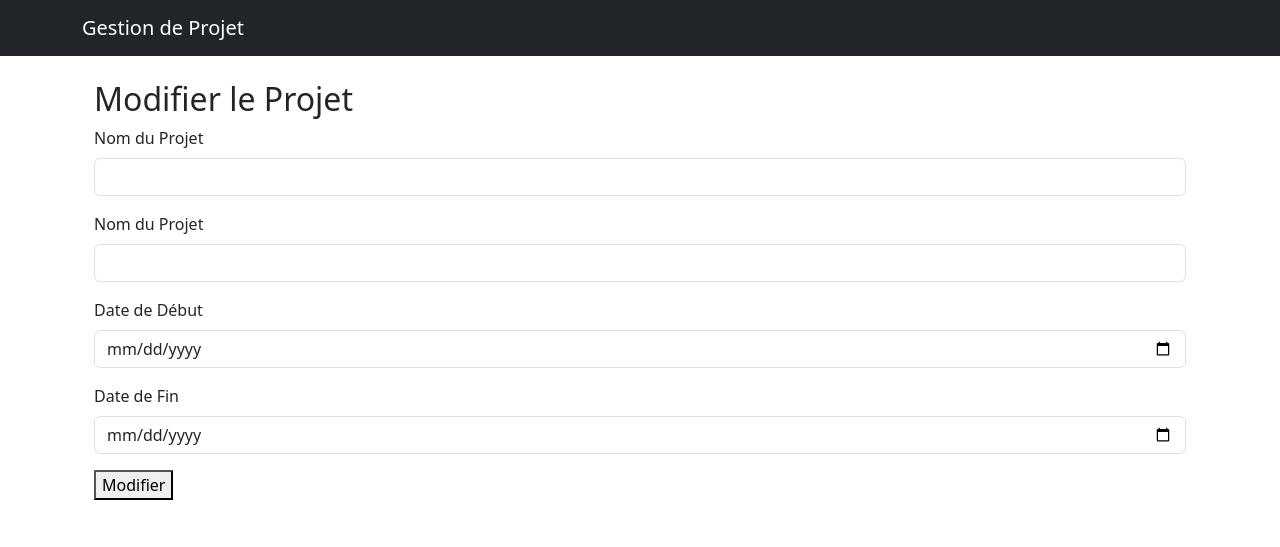
Repository: SalmaElhaou/Scrum-Project
Page: resources/views/projects/edit.blade.php
An editor plug-in stored every save of this project. The page is shown before and after the next save, followed by the edit.
The browser window is 1280 px wide. The pictures show the whole page.
The page is served by the project's Laravel application, run on PHP 8.4 with Laravel 10. The template is opened directly, without the code that normally fills it, so the values that code supplies are empty.

Above is the page before, as saved 2025-02-02 13:57:48.

After the next save:
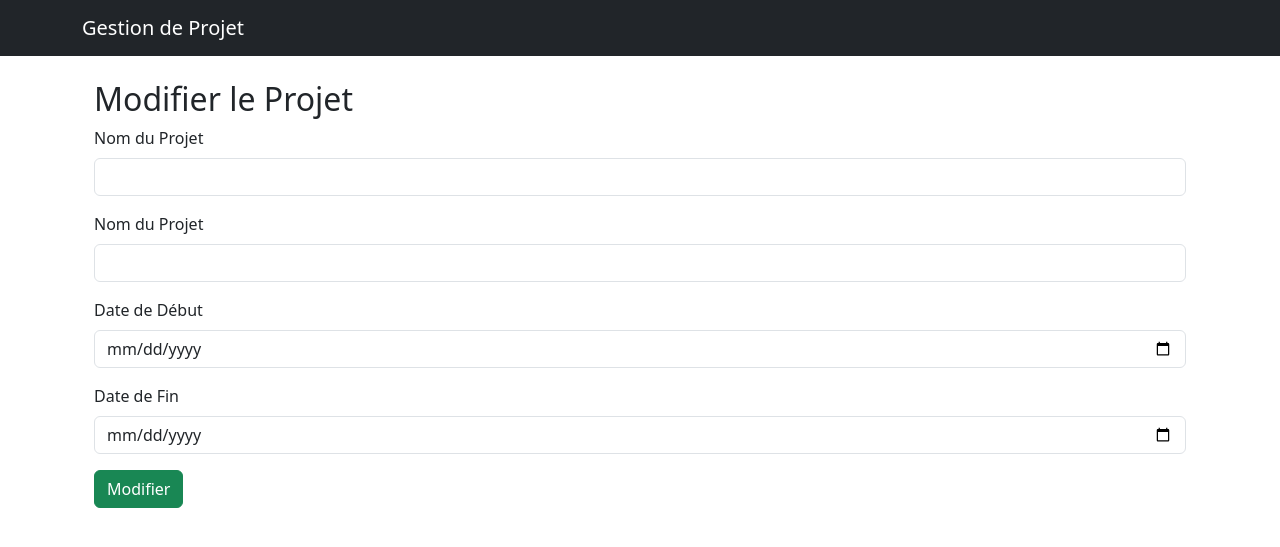
Saved 7 s later.
--- a/resources/views/projects/edit.blade.php
+++ b/resources/views/projects/edit.blade.php
@@ -30,7 +30,7 @@
         <input type="date" id="end_date" name="end_date" class="form-control" value="{{ $project->end_date }}">
     </div>
 
-    <button type="submit" class="">Modifier</button>
+    <button type="submit" class="btn btn-success">Modifier</button>
 </form>
 </div>
 @endsection
